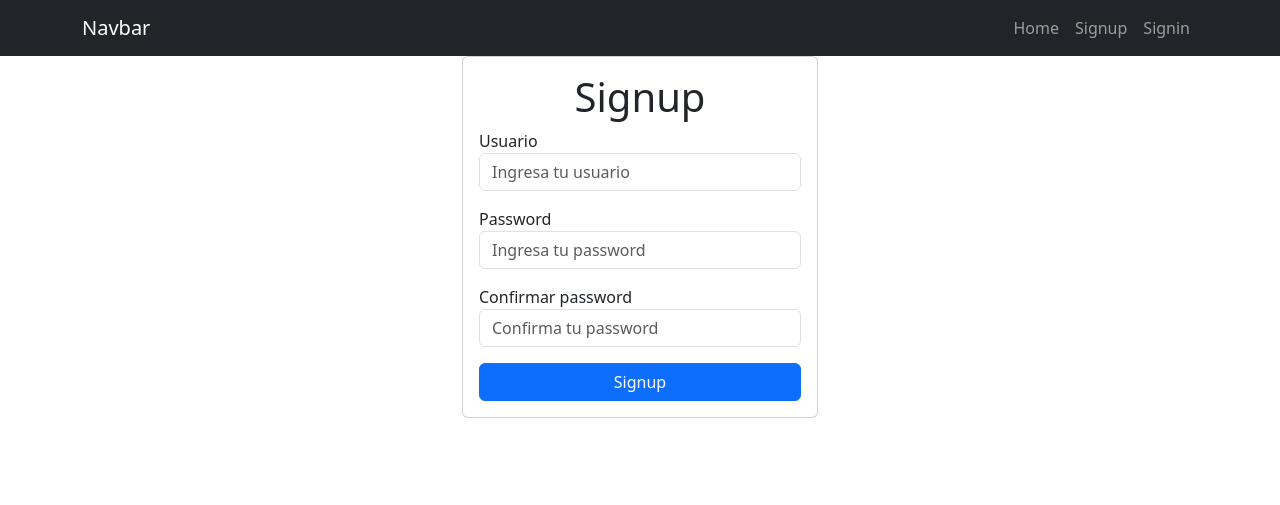
Repository: dbettancourt/django-auth-crud
Page: http://localhost/signup/
These files come from the project's save history. The page is drawn as it stood at one moment and after the next save; the edit follows.
The browser window is 1280 px wide. The pictures show the whole page.
The page is served by the project's application, run on Django 4.2 (manage.py). Other server files are loaded and not shown.

Above is the page before, as saved 2023-06-06 10:58:21.

### tasks/templates/signup.html
{% extends 'base.html' %}

{% block content %}

<main class="container">
    <div class="row">
        <div class="col-md-4 offset-md-4" >
            <form method="POST" class="card card-body">
                <h1 class="text-center">Signup</h1>

                {{error}}

                {% csrf_token %}

                <div class="mb-3">
                    <label for="username">Usuario</label>
                    <input type="text" name="username" id="username" class="form-control" placeholder="Ingresa tu usuario">
                </div>

                <div class="mb-3">
                    <label for="password1">Password</label>
                    <input type="password" name="password1" id="password1" class="form-control" placeholder="Ingresa tu password">
                </div>

                <div class="mb-3">
                    <label for="password2">Confirmar password</label>
                    <input type="password" name="password2" id="password2" class="form-control" placeholder="Confirma tu password">
                </div>

                <button class="btn btn-primary">
                    Signup
                </button>
            </forrm>
        </div>

    </div>
</main>

{% endblock %}

### tasks/templates/base.html
<!DOCTYPE html>
<!--[if lt IE 7]>      <html class="no-js lt-ie9 lt-ie8 lt-ie7"> <![endif]-->
<!--[if IE 7]>         <html class="no-js lt-ie9 lt-ie8"> <![endif]-->
<!--[if IE 8]>         <html class="no-js lt-ie9"> <![endif]-->
<!--[if gt IE 8]>      <html class="no-js"> <!--<![endif]-->
<html>
    <head>
        <meta charset="utf-8">
        <meta http-equiv="X-UA-Compatible" content="IE=edge">
        <title>Pagina Base Django</title>
        <meta name="description" content="">
        <meta name="viewport" content="width=device-width, initial-scale=1">
        <link rel="stylesheet" href="">
        <link rel="stylesheet" href="https://cdn.jsdelivr.net/npm/bootstrap@5.3.0/dist/css/bootstrap.min.css">
       <link rel="stylesheet" href="https://cdn.jsdelivr.net/npm/bootstrap-icons@1.5.0/font/bootstrap-icons.css">

    </head>
    <body>
        <!--[if lt IE 7]>
            <p class="browsehappy">You are using an <strong>outdated</strong> browser. Please <a href="#">upgrade your browser</a> to improve your experience.</p>
        <![endif]-->
        <nav class="navbar navbar-expand-lg bg-dark navbar-dark">
            <div class="container">
              <a class="navbar-brand" href="#">Navbar</a>
              <button class="navbar-toggler" type="button" data-bs-toggle="collapse" data-bs-target="#navbarNav" aria-controls="navbarNav" aria-expanded="false" aria-label="Toggle navigation">
                <span class="navbar-toggler-icon"></span>
              </button>
              <div class="collapse navbar-collapse" id="navbarNav">
                <ul class="navbar-nav ms-auto">
                    <li class="nav-item">
                        <a href="/"  class="nav-link">Home</a>
                    </li>
                    {% if user.is_authenticated %}
                    <li class="nav-item">
                        <a href="/tasks"  class="nav-link">Tasks Pending</a>
                    </li>
                    <li class="nav-item">
                        <a href="/tasks_completed"  class="nav-link">Tasks Completed</a>
                    </li>
                    <li class="nav-item">
                        <a href="/tasks/create"  class="nav-link">Create task</a>
                    </li>

                    <li class="nav-item">
                        <a href="/logout"  class="nav-link">Logout</a>
                    </li>
                    {% else %}
                    <li class="nav-item">
                        <a href="/signup"  class="nav-link">Signup</a>
                    </li>
                    <li class="nav-item">
                        <a href="/signin"  class="nav-link">Signin</a>
                    </li>
                    {% endif %}
                </ul>
              </div>
            </div>
          </nav>

        <script src="" async defer></script>

        {% block content %}
        {% endblock %}

    </body>
</html>

### tasks/views.py
from django.shortcuts import render, redirect, get_object_or_404
from django.contrib.auth.forms import UserCreationForm, AuthenticationForm
from django.contrib.auth.models import User
from django.contrib.auth import login, logout, authenticate
from django.db import IntegrityError
from .forms import TaskForm
from .models import Task
from django.utils import timezone
from django.contrib.auth.decorators import login_required



# Create your views here.
def home(request):
    return render(request, 'home.html')

def signup(request):

    if request.method == 'GET':
         return render(request, 'signup.html',{
        'form': UserCreationForm
    })

    else:
        if request.POST['password1'] == request.POST['password2']:
            try:
                user = User.objects.create_user(username=request.POST['username'], password=request.POST['password1'])
                user.save()
                login(request, user)
                return redirect ('tasks')
            except IntegrityError:
                return render(request, 'signup.html',{
                    'form': UserCreationForm,
                    'error': 'El usuario ya existe'
                    })
        return render(request, 'signup.html', {
            'form': UserCreationForm,
            'error': 'Las contraseñas no coinciden'
            })

@login_required
def tasks(request):
    tasks = Task.objects.filter(user=request.user, datecompleted__isnull=True)
    return render(request, 'tasks.html', {'tasks': tasks})

@login_required
def tasks_completed(request):
    tasks = Task.objects.filter(user=request.user, datecompleted__isnull=False).order_by ('-datecompleted')
    return render(request, 'tasks.html', {'tasks': tasks})

@login_required
def create_task(request):

    if request.method == 'GET':
        return render(request, 'create_task.html', {
            'form': TaskForm
        })
    else:
        try:
            form = TaskForm(request.POST)
            new_task = form.save(commit=False)
            new_task.user = request.user
            new_task.save()
            return redirect('tasks')
        except ValueError:
            return render(request, 'create_task.html', {
                'form': TaskForm,
                'error': 'Por favor ingresar datos validos'
             })

@login_required
def task_detail(request, task_id):
    if request.method == 'GET':
        task = get_object_or_404(Task, pk=task_id, user=request.user)
        form = TaskForm(instance=task)
        return render(request, 'task_detail.html', {'task': task, 'form': form})
    else:
        try:
            task = get_object_or_404(Task, pk=task_id, user=request.user)
            form = TaskForm(request.POST, instance=task)
            form.save()
            return redirect('tasks')
        except ValueError:
            return render(request, 'task_detail.html', {'task': task, 'form': form, 'error': "Error al actualizar"})

@login_required
def complete_task(request, task_id):
    task = get_object_or_404(Task, pk=task_id, user=request.user)
    if request.method == 'POST':
        task.datecompleted = timezone.now()
        task.save()
        return redirect('tasks')

@login_required
def delete_task(request, task_id):
    task = get_object_or_404(Task, pk=task_id, user=request.user)
    if request.method == 'POST':
        task.datecompleted = timezone.now()
        task.delete()
        return redirect('tasks')

@login_required
def signout(request):
    logout(request)
    return redirect('home')

def signin(request):
    if request.method=='GET':
        return render(request, 'signin.html', {
            'form': AuthenticationForm
        })
    else:
        user = authenticate(
            request, username=request.POST['username'], password=request.POST['password'])

        if user is None:
            return render(request, 'signin.html', {
                'form': AuthenticationForm,
                'error': 'Usuario o password es incorrecta'
            })
        else:
            login(request, user)
            return redirect('tasks')

### djangocrud/urls.py
"""
URL configuration for djangocrud project.

The `urlpatterns` list routes URLs to views. For more information please see:
    https://docs.djangoproject.com/en/4.2/topics/http/urls/
Examples:
Function views
    1. Add an import:  from my_app import views
    2. Add a URL to urlpatterns:  path('', views.home, name='home')
Class-based views
    1. Add an import:  from other_app.views import Home
    2. Add a URL to urlpatterns:  path('', Home.as_view(), name='home')
Including another URLconf
    1. Import the include() function: from django.urls import include, path
    2. Add a URL to urlpatterns:  path('blog/', include('blog.urls'))
"""
from django.contrib import admin
from django.urls import path
from tasks import views

urlpatterns = [
    path('admin/', admin.site.urls),
    path('', views.home, name='home'),
    path('signup/', views.signup, name='signup'),
    path('tasks/', views.tasks, name='tasks'),
    path('tasks_completed/', views.tasks_completed, name='_completed'),
    path('tasks/create/', views.create_task, name='create_tasks'),
    path('tasks/<int:task_id>/', views.task_detail, name='task_detail'),
    path('tasks/<int:task_id>/complete', views.complete_task, name='complete_task'),
    path('tasks/<int:task_id>/delete', views.delete_task, name='delete_task'),
    path('logout/', views.signout, name='logout'),
    path('signin/', views.signin, name='signin')
]

After the next save:
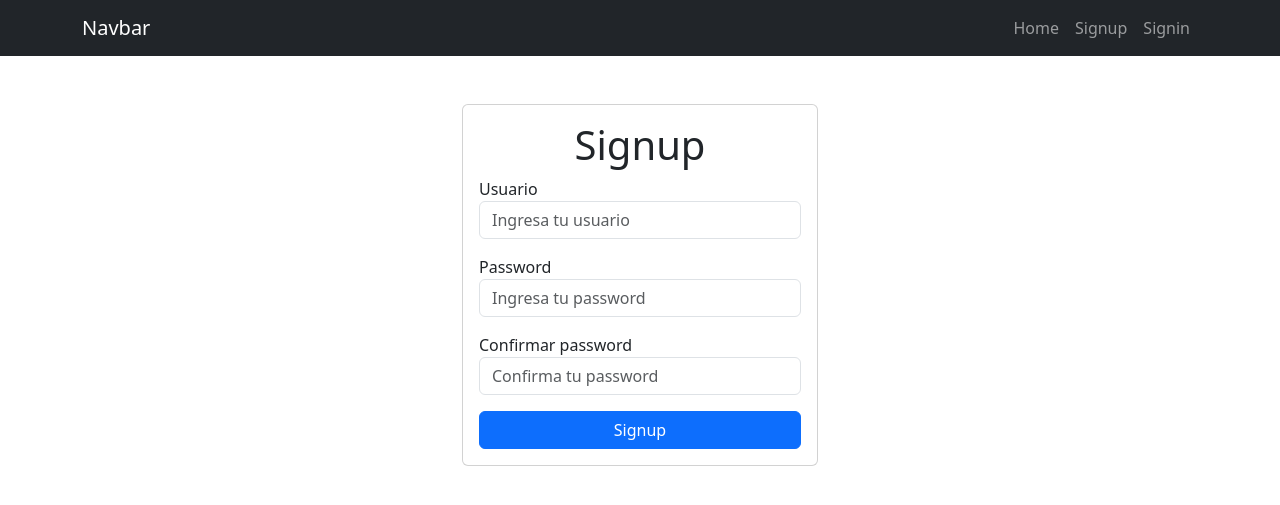
Saved 2 min 11 s later.
--- a/tasks/templates/signup.html
+++ b/tasks/templates/signup.html
@@ -4,7 +4,7 @@
 
 <main class="container">
     <div class="row">
-        <div class="col-md-4 offset-md-4" >
+        <div class="col-md-4 offset-md-4 mt-5" >
             <form method="POST" class="card card-body">
                 <h1 class="text-center">Signup</h1>
 
